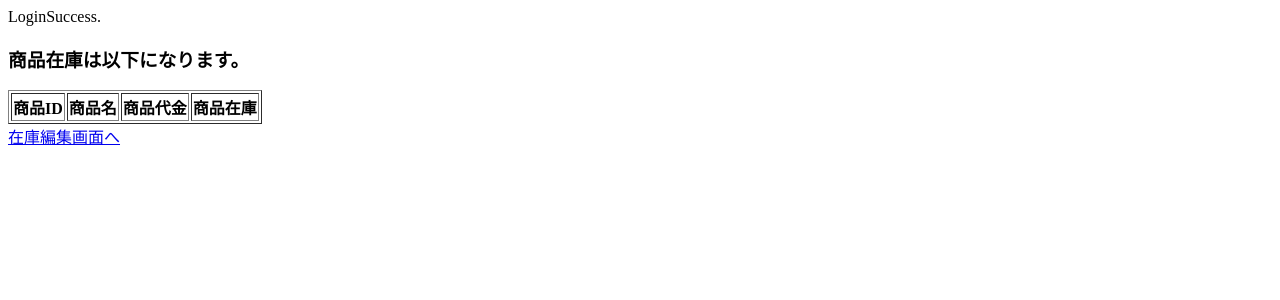
Repository: sachiyuki/java
Page: http://localhost/AdminLogin/adminpage.jsp
These files come from the project's save history. The page is drawn as it stood at one moment and after the next save; the edit follows.
The browser window is 1280 px wide. The pictures show the whole page.
The page is served by Tomcat 9. Other server files are loaded and not shown.

Above is the page before, as saved 2018-03-05 07:28:31.

### AdminLogin/WebContent/adminpage.jsp
<%@ page language="java" contentType="text/html; charset=UTF-8"
    pageEncoding="UTF-8"%>
<%@ taglib prefix="s" uri="/struts-tags" %>
<!DOCTYPE html PUBLIC "-//W3C//DTD HTML 4.01 Transitional//EN" "http://www.w3.org/TR/html4/loose.dtd">
<html>
<head>
<meta http-equiv="Content-Type" content="text/html; charset=UTF-8">
<title>Insert title here</title>
</head>
<body>

LoginSuccess.


<h3>商品在庫は以下になります。</h3>
<s:form>
<table border="1">
<tr>
	<th>商品ID</th>
	<th>商品名</th>
	<th>商品代金</th>
	<th>商品在庫</th>
</tr>
<s:iterator value="itemList">
<tr>
	<td><s:property value="id"/></td>
	<td><s:property value="itemName"/></td>
	<td><s:property value="itemPrice"/></td>
	<td><s:property value="itemStock"/></td>
</tr>
</s:iterator>
</table>
</s:form>
<a href='<s:url action="ItemAction"/>'>在庫編集画面へ</a>

</body>
</html>

After the next save:
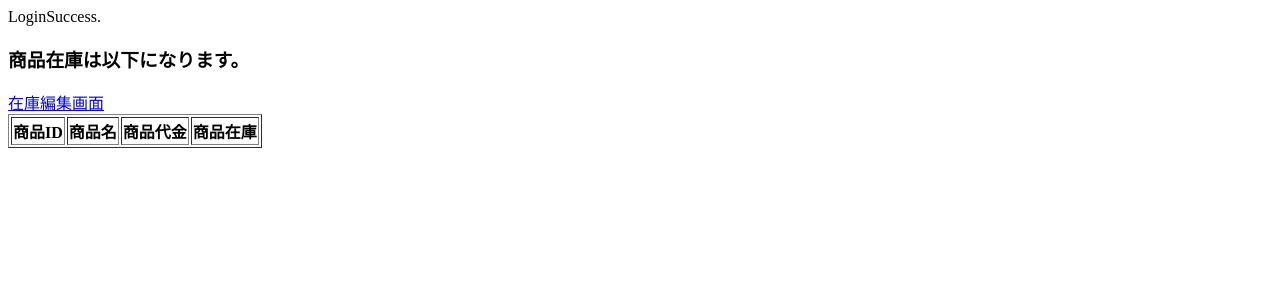
Saved 4 min 0 s later.
--- a/AdminLogin/WebContent/adminpage.jsp
+++ b/AdminLogin/WebContent/adminpage.jsp
@@ -14,6 +14,9 @@ LoginSuccess.
 
 <h3>商品在庫は以下になります。</h3>
 <s:form>
+
+<a href="itemedit.jsp">在庫編集画面</a>
+
 <table border="1">
 <tr>
 	<th>商品ID</th>
@@ -31,7 +34,7 @@ LoginSuccess.
 </s:iterator>
 </table>
 </s:form>
-<a href='<s:url action="ItemAction"/>'>在庫編集画面へ</a>
+
 
 </body>
 </html>
